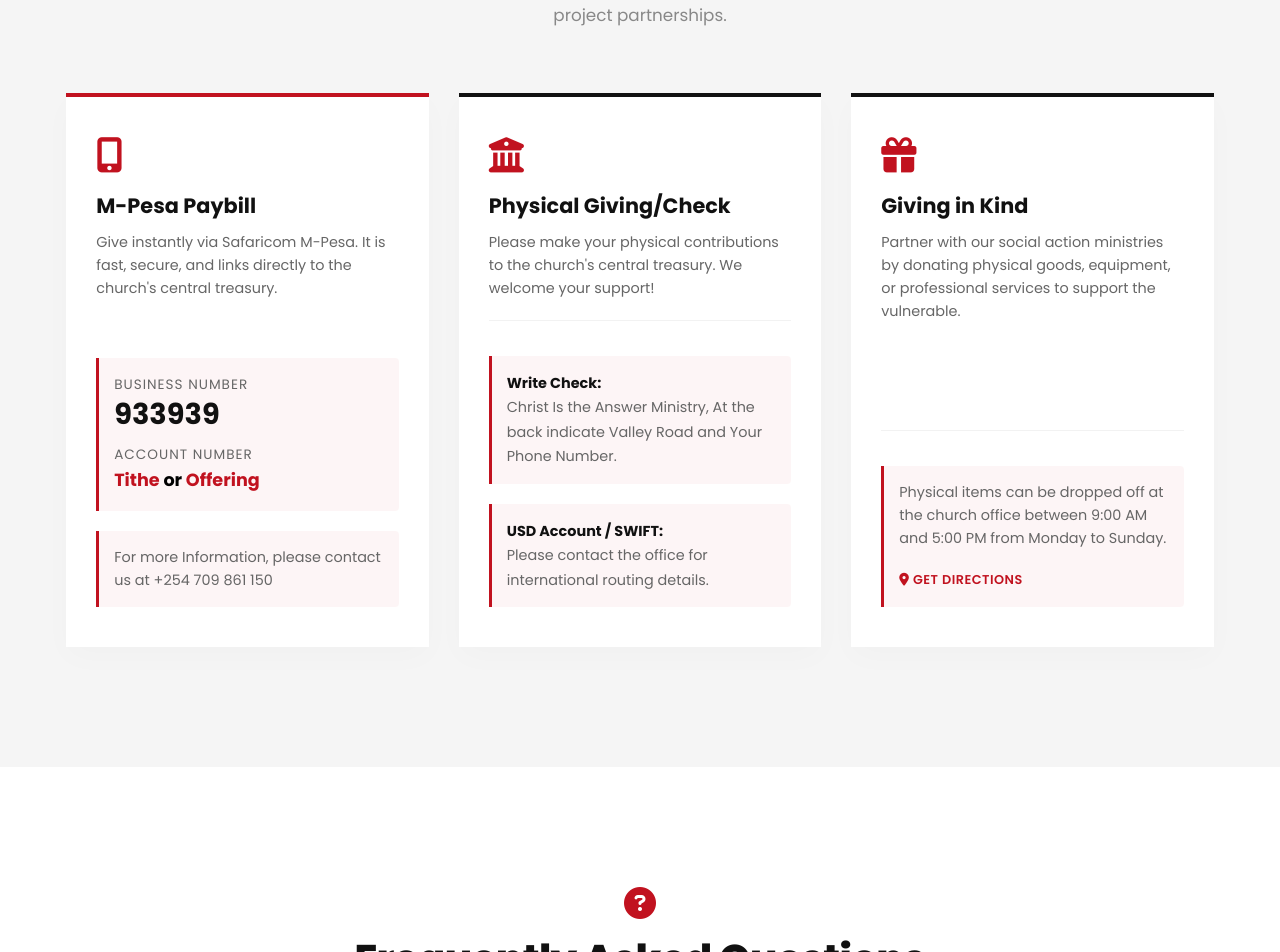
Repository: jereworks/CITAMVRD-Website
Page: give.html
These files come from the project's save history. The page is drawn as it stood at one moment and after the next save; the edit follows.
The browser window is 1280 px wide. The pictures show the part of the page from y = 728 to 1680 px (the page is 2565 px tall).

Above is the page before, as saved 2026-06-12 07:54:23.

### give.html
<!DOCTYPE html>
<html lang="en">
<head>
    <meta charset="UTF-8">
    <meta name="viewport" content="width=device-width, initial-scale=1.0">
    <meta name="description" content="Support the ministry at CITAM Valley Road through your tithes, offerings, and partnership. Find our M-Pesa Paybill, Bank details, and other giving methods.">
    <title>Give & Partner | CITAM Valley Road</title>

    <link rel="preconnect" href="https://fonts.googleapis.com">
    <link rel="preconnect" href="https://fonts.gstatic.com" crossorigin>
    <link href="https://fonts.googleapis.com/css2?family=Poppins:wght@300;400;500;600;700;800&display=swap" rel="stylesheet">
    <link rel="stylesheet" href="https://cdnjs.cloudflare.com/ajax/libs/font-awesome/6.4.0/css/all.min.css">

    <link rel="stylesheet" href="css/style.css">
</head>
<body>

    <div class="top-bar">
        <div class="container top-bar-flex">
            <div class="top-info">
                <span><i class="fas fa-phone-alt"></i> +254 709 861 150</span>
                <span><i class="fas fa-envelope"></i> valleyroad@citam.org</span>
                <span><i class="fas fa-map-marker-alt"></i> 28 Valley Rd, Nairobi, Kenya</span>
            </div>
            <div class="top-social">
                <a href="https://www.facebook.com/citamvrdke" target="_blank" aria-label="Facebook"><i class="fab fa-facebook-f"></i></a>
                <a href="https://x.com/CitamVrdKE" aria-label="Twitter"><i class="fab fa-twitter"></i></a>
                <a href="https://www.instagram.com/citamvrdke/" aria-label="Instagram"><i class="fab fa-instagram"></i></a>
                <a href="https://www.youtube.com/@CITAMValleyRoadNPC" aria-label="YouTube"><i class="fab fa-youtube"></i></a>
            </div>
        </div>
    </div>

    <header class="header" id="header">
        <div class="container nav-container">

            <a href="index.html" class="logo" aria-label="CITAM Valley Road Home" style="display: flex; align-items: center; gap: 15px; text-decoration: none;">
                <img src="images/CITAMLOGO.svg" alt="CITAM Logo" style="height: 70px; width: auto; display: block;">

                <div style="display: flex; flex-direction: column; justify-content: center;">
                    <span style="font-size: 2.2rem; font-weight: 800; color: #ffffff; line-height: 0.85; letter-spacing: 2px;">
                        CITAM
                    </span>
                    <span style="font-size: 0.7rem; font-weight: 400; color: #ffffff; line-height: 1; margin-top: 6px; text-transform: uppercase; width: 100%; text-align-last: justify;">
                        Valley Road
                    </span>
                </div>
            </a>

            <nav class="nav-menu" id="nav-menu" aria-label="Main Navigation">
                <ul class="nav-list">
                    <li><a href="index.html">Home</a></li>
                    <li><a href="about.html">About Us</a></li>
                    <li><a href="ministries.html">Ministries</a></li>
                    <li><a href="sermons.html">Sermons</a></li>
                    <li><a href="events.html">Events</a></li>
                    <li><a href="gallery.html">Gallery</a></li>
                    <li><a href="contact.html">Contact</a></li>
                </ul>
            </nav>

            <div class="nav-actions">
                <a href="give.html" class="btn btn-primary btn-nav active">Give / Tithe</a>
                <button class="hamburger" id="hamburger" aria-expanded="false" aria-label="Toggle navigation menu">
                    <i class="fas fa-bars"></i>
                </button>
            </div>
        </div>
    </header>

    <section class="about-hero-banner" style="background: linear-gradient(rgba(17, 17, 17, 0.85), rgba(17, 17, 17, 0.85)), url('https://images.unsplash.com/photo-1529070538774-1843cb3265df?auto=format&fit=crop&w=1920&q=80') no-repeat center center/cover;">
        <div class="container text-center">
            <span class="hero-pre-tag animate-on-scroll reveal-up">Worship & Partner</span>
            <h1 class="animate-on-scroll reveal-up delay-1">Giving & Tithes</h1>
            <p class="hero-subtext animate-on-scroll reveal-up delay-2">Honoring God through our resources to advance the Kingdom, support our community, and impact the world.</p>
        </div>
    </section>

    <section class="section bg-light">
        <div class="container">
            <div class="text-center mb-4">
                <span class="section-subtitle text-primary">Secure Transfer Ecosystems</span>
                <h2 class="section-title">Ways to Give</h2>
                <p class="max-width-text">Select a convenient, secure method to channel your tithes, offerings, and special project partnerships.</p>
            </div>

            <div class="grid-3 mt-4">

                <div class="identity-box card-vision animate-on-scroll reveal-up" style="display: flex; flex-direction: column;">
                    <div style="overflow: visible;">
                        <i class="fas fa-mobile-alt icon-lead text-primary"></i>
                    </div>
                    <h3>M-Pesa Paybill</h3>
                    <p style="flex-grow: 1;">Give instantly via Safaricom M-Pesa. It is fast, secure, and links directly to the church's central treasury.</p>

                    <div style="background: rgba(193, 18, 31, 0.04); border-left: 3px solid var(--primary); padding: 15px; margin-top: 20px; border-radius: 0 4px 4px 0;">
                        <span style="display: block; font-size: 0.85rem; color: var(--text-muted); text-transform: uppercase; letter-spacing: 1px;">Business Number</span>
                        <strong style="display: block; font-size: 1.8rem; color: var(--dark); line-height: 1.2;">933939</strong>

                        <span style="display: block; font-size: 0.85rem; color: var(--text-muted); text-transform: uppercase; letter-spacing: 1px; margin-top: 12px;">Account Number</span>
                        <strong style="display: block; font-size: 1.1rem; color: var(--primary);">Tithe <span style="color: #000000;">or</span> Offering</strong>
                    </div>

                    <div style="background: rgba(193, 18, 31, 0.04); border-left: 3px solid var(--primary); padding: 15px; margin-top: 20px; border-radius: 0 4px 4px 0;">
                        <p style="flex-grow: 1;">For more Information, please contact us at +254 709 861 150</p>
                    </div>

                </div>

                <div class="identity-box animate-on-scroll reveal-up delay-1" style="display: flex; flex-direction: column;">
                    <div style="overflow: visible;">
                        <i class="fas fa-university icon-lead text-primary"></i>
                    </div>
                    <h3>Physical Giving/Check</h3>
                    <p style="flex-grow: 1;">Please make your physical contributions to the church's central treasury. We welcome your support!</p>

                    <div style="border-top: 1px solid rgba(0,0,0,0.05); padding-top: 15px; margin-top: 20px;">
                        <ul style="list-style: none; font-size: 0.9rem;">
                            <li style="background: rgba(193, 18, 31, 0.04); border-left: 3px solid var(--primary); padding: 15px; margin-top: 20px; border-radius: 0 4px 4px 0;">
                                <strong style="color: var(--dark); display: block;">Write Check:</strong>
                                Christ Is the Answer Ministry, At the back indicate Valley Road and Your Phone Number.
                            </li>

                            <li style="background: rgba(193, 18, 31, 0.04); border-left: 3px solid var(--primary); padding: 15px; margin-top: 20px; border-radius: 0 4px 4px 0;">
                                <strong style="color: var(--dark); display: block;">USD Account / SWIFT:</strong>
                                Please contact the office for international routing details.
                            </li>
                        </ul>
                    </div>
                </div>

                <div class="identity-box animate-on-scroll reveal-up delay-2" style="display: flex; flex-direction: column;">
                    <div style="overflow: visible;">
                        <i class="fas fa-gift icon-lead text-primary"></i>
                    </div>
                    <h3>Giving in Kind</h3>
                    <p style="flex-grow: 1;">Partner with our social action ministries by donating physical goods, equipment, or professional services to support the vulnerable.</p>


                    <div style="border-top: 1px solid rgba(0,0,0,0.05); padding-top: 15px; margin-top: 20px;">
                        <div style="background: rgba(193, 18, 31, 0.04); border-left: 3px solid var(--primary); padding: 15px; margin-top: 20px; border-radius: 0 4px 4px 0;">
                            <p style="font-size: 0.9rem; margin-bottom: 15px;">Physical items can be dropped off at the church office between 9:00 AM and 5:00 PM from Monday to Sunday. </p>
                            <a href="contact.html" class="action-link" style="color: var(--primary);"><i class="fas fa-map-marker-alt"></i> Get Directions</a>
                        </div>
                    </div>

                </div>

            </div>
        </div>
    </section>

    <section class="section bg-white">
        <div class="container max-width-text">
            <div class="text-center mb-4">
                <i class="fas fa-question-circle text-primary" style="font-size: 2rem; margin-bottom: 15px;"></i>
                <h2 class="section-title">Frequently Asked Questions</h2>
            </div>

            <div class="accordion-container animate-on-scroll reveal-up">

                <div class="accordion-item">
                    <button class="accordion-header" aria-expanded="false">
                        <span>How do I designate my giving for a specific project?</span>
                        <i class="fas fa-plus text-primary transition-smooth"></i>
                    </button>
                    <div class="accordion-content">
                        <p style="padding: 15px 0;">When using M-Pesa, you can indicate the specific project name in the <strong>Account Number</strong> field (e.g., "Building Fund", "Missions", or "Welfare"). For Bank Transfers, please include the designation in your transfer reference notes.</p>
                    </div>
                </div>

                <div class="accordion-item">
                    <button class="accordion-header" aria-expanded="false">
                        <span>Can I set up recurring giving?</span>
                        <i class="fas fa-plus text-primary transition-smooth"></i>
                    </button>
                    <div class="accordion-content">
                        <p style="padding: 15px 0;">Yes. We highly encourage setting up a Standing Order with your bank. This automates your tithes and regular offerings, ensuring consistency. You can use the bank details provided above to set this up with your branch.</p>
                    </div>
                </div>

                <div class="accordion-item">
                    <button class="accordion-header" aria-expanded="false">
                        <span>Is my financial data secure?</span>
                        <i class="fas fa-plus text-primary transition-smooth"></i>
                    </button>
                    <div class="accordion-content">
                        <p style="padding: 15px 0;">Absolutely. All digital transactions are processed directly through Safaricom and our partnered commercial banks. CITAM Valley Road does not intercept, store, or process your direct banking passwords or PINs.</p>
                    </div>
                </div>

            </div>
        </div>
    </section>

    <footer class="footer">
        <div class="container grid-4">
            <div class="footer-col">
                <h3>CITAM<span>Valley Road</span></h3>
                <p>An assembly under Christ Is The Answer Ministries, established to know God and make Him known through practical discipleship structures.</p>
                <div class="social-links">
                    <a href="https://www.facebook.com/citamvrdke" target="_blank" rel="noopener noreferrer" aria-label="Facebook"><i class="fab fa-facebook-f"></i></a>
                    <a href="https://x.com/CitamVrdKE" target="_blank" rel="noopener noreferrer" aria-label="Twitter"><i class="fab fa-twitter"></i></a>
                    <a href="https://www.instagram.com/citamvrdke/" target="_blank" rel="noopener noreferrer" aria-label="Instagram"><i class="fab fa-instagram"></i></a>
                    <a href="https://www.youtube.com/@CITAMValleyRoadNPC" target="_blank" rel="noopener noreferrer" aria-label="YouTube"><i class="fab fa-youtube"></i></a>
                </div>
            </div>
            <div class="footer-col">
                <h4>Quick References</h4>
                <ul>
                    <li><a href="about.html">About Leadership</a></li>
                    <li><a href="ministries.html">Our Ministries</a></li>
                    <li><a href="sermons.html">Sermon Catalogue</a></li>
                    <li><a href="give.html">Give & Tithe</a></li>
                </ul>
            </div>
            <div class="footer-col">
                <h4>Weekly Services</h4>
                <ul>
                    <li>1st Service: Sun 8:30 AM</li>
                    <li>2nd Service: Sun 11:30 AM</li>
                    <li>Youth Assembly: Sun 8:30 AM</li>
                    <li>Tuesday Prayer: 6:00 PM</li>
                </ul>
            </div>
            <div class="footer-col">
                <h4>Central Office</h4>
                <ul>
                    <li><i class="fas fa-map-marker-alt"></i> 28 Valley Rd, Nairobi, Kenya</li>
                    <li><i class="fas fa-phone"></i> +254 709 861 150</li>
                    <li><i class="fas fa-envelope"></i> valleyroad@citam.org</li>
                </ul>
            </div>
        </div>
        <div class="footer-bottom text-center">
            <p>© 2026 CITAM Valley Road. Built for high-performance scale. All Rights Reserved.</p>
        </div>
    </footer>

    <script>
        document.addEventListener('DOMContentLoaded', () => {

            // 1. Sticky Header Intersection
            const header = document.getElementById('header');
            window.addEventListener('scroll', () => {
                if (window.scrollY > 50) {
                    header.classList.add('scrolled');
                } else {
                    header.classList.remove('scrolled');
                }
            });

            // 2. Mobile Nav Toggle
            const hamburger = document.getElementById('hamburger');
            const navMenu = document.getElementById('nav-menu');
            hamburger.addEventListener('click', () => {
                navMenu.classList.toggle('show');
                const isExpanded = hamburger.getAttribute('aria-expanded') === 'true';
                hamburger.setAttribute('aria-expanded', !isExpanded);
            });

            // 3. Cinematic Scroll Reveal via IntersectionObserver
            const observerOptions = {
                root: null,
                rootMargin: '0px',
                threshold: 0.15
            };

            const revealObserver = new IntersectionObserver((entries, observer) => {
                entries.forEach(entry => {
                    if (entry.isIntersecting) {
                        entry.target.classList.add('active');
                        observer.unobserve(entry.target);
                    }
                });
            }, observerOptions);

            const animatableElements = document.querySelectorAll('.animate-on-scroll');
            animatableElements.forEach(el => revealObserver.observe(el));

            // 4. Accordion Logic (Scalable UI Pattern)
            const accordionHeaders = document.querySelectorAll('.accordion-header');

            accordionHeaders.forEach(header => {
                header.addEventListener('click', function() {
                    const content = this.nextElementSibling;
                    const icon = this.querySelector('i');
                    const isOpen = content.style.maxHeight;

                    // Close all other accordions
                    document.querySelectorAll('.accordion-content').forEach(item => {
                        item.style.maxHeight = null;
                    });
                    document.querySelectorAll('.accordion-header i').forEach(item => {
                        item.classList.remove('fa-minus');
                        item.classList.add('fa-plus');
                    });
                    document.querySelectorAll('.accordion-header').forEach(item => {
                        item.setAttribute('aria-expanded', 'false');
                    });

                    // Open clicked if it was closed
                    if (!isOpen) {
                        content.style.maxHeight = content.scrollHeight + "px";
                        icon.classList.remove('fa-plus');
                        icon.classList.add('fa-minus');
                        this.setAttribute('aria-expanded', 'true');
                    }
                });
            });
        });
    </script>
</body>
</html>

Loaded but not shown: css/style.css (1641 lines, source omitted)

After the next save:
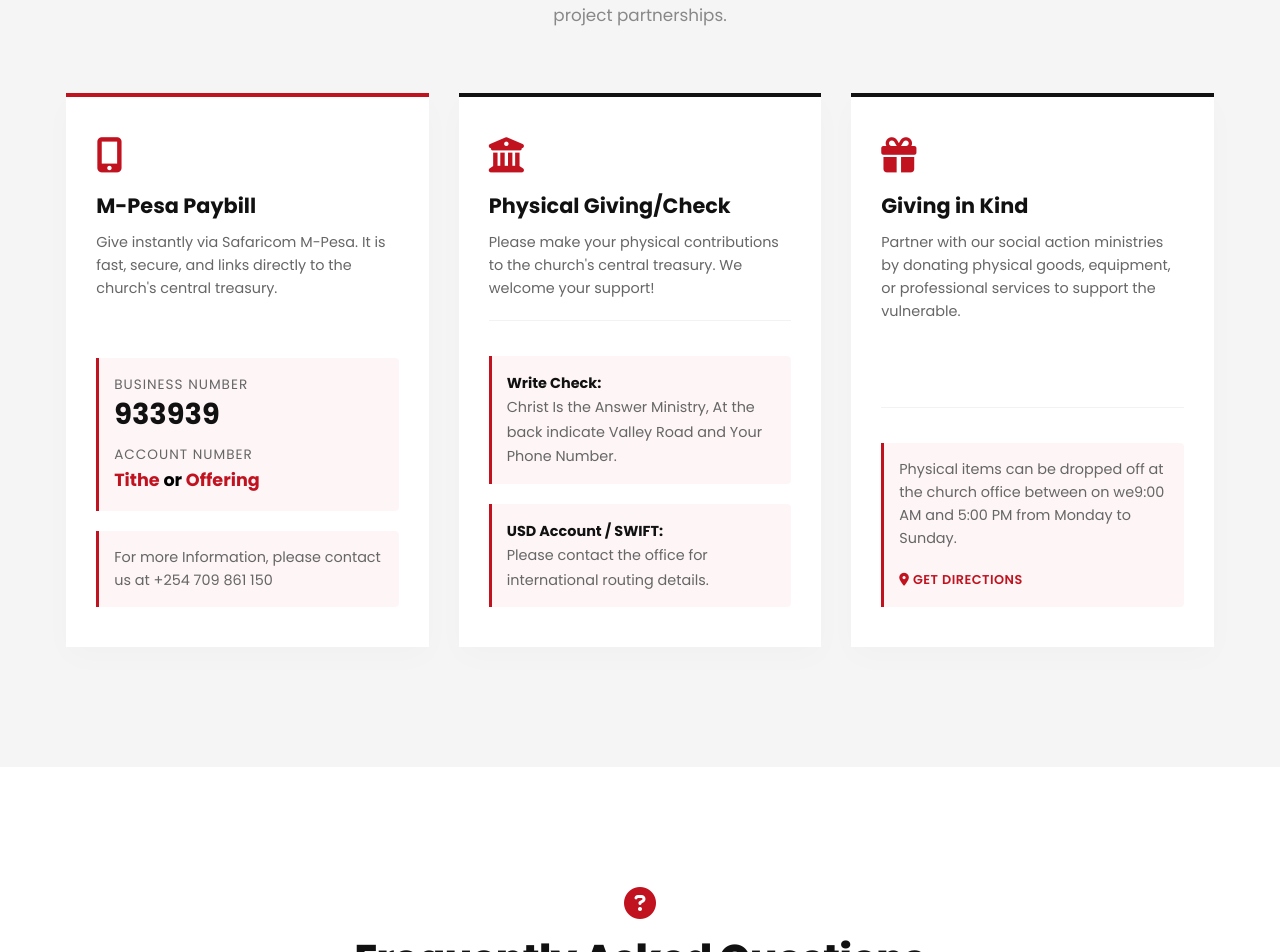
Saved 30 s later.
--- a/give.html
+++ b/give.html
@@ -139,7 +139,7 @@
 
                     <div style="border-top: 1px solid rgba(0,0,0,0.05); padding-top: 15px; margin-top: 20px;">
                         <div style="background: rgba(193, 18, 31, 0.04); border-left: 3px solid var(--primary); padding: 15px; margin-top: 20px; border-radius: 0 4px 4px 0;">
-                            <p style="font-size: 0.9rem; margin-bottom: 15px;">Physical items can be dropped off at the church office between 9:00 AM and 5:00 PM from Monday to Sunday. </p>
+                            <p style="font-size: 0.9rem; margin-bottom: 15px;">Physical items can be dropped off at the church office between on we9:00 AM and 5:00 PM from Monday to Sunday. </p>
                             <a href="contact.html" class="action-link" style="color: var(--primary);"><i class="fas fa-map-marker-alt"></i> Get Directions</a>
                         </div>
                     </div>
